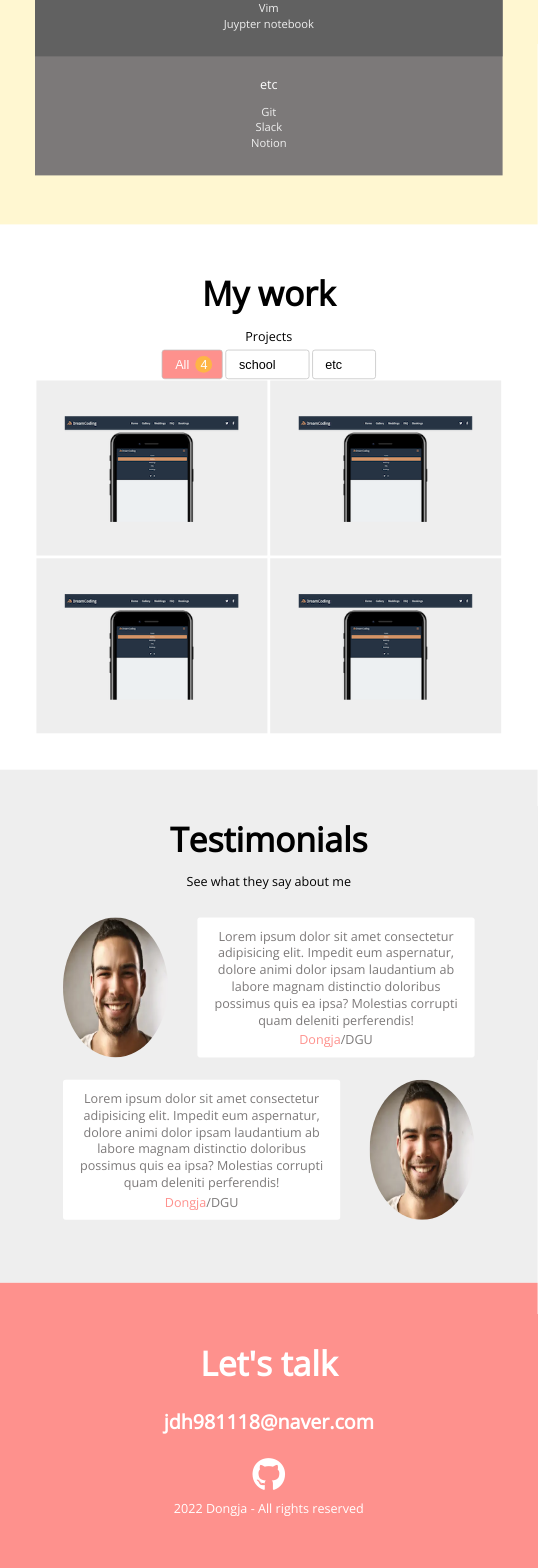
Repository: DongjaJ/portfolio
Page: index.html
The author's editor kept a copy of each file at every save. The page is drawn from the files as they stood at one save, then again after the next save.
The browser window is 768 px wide. The pictures show the part of the page from y = 2842 to 5082 px (the page is 5082 px tall before and 5034 px after), at 70% of full size.
Some web libraries are served in a nearby version.

Above is the page before, as saved 2022-06-15 22:04:22.

After the next save:
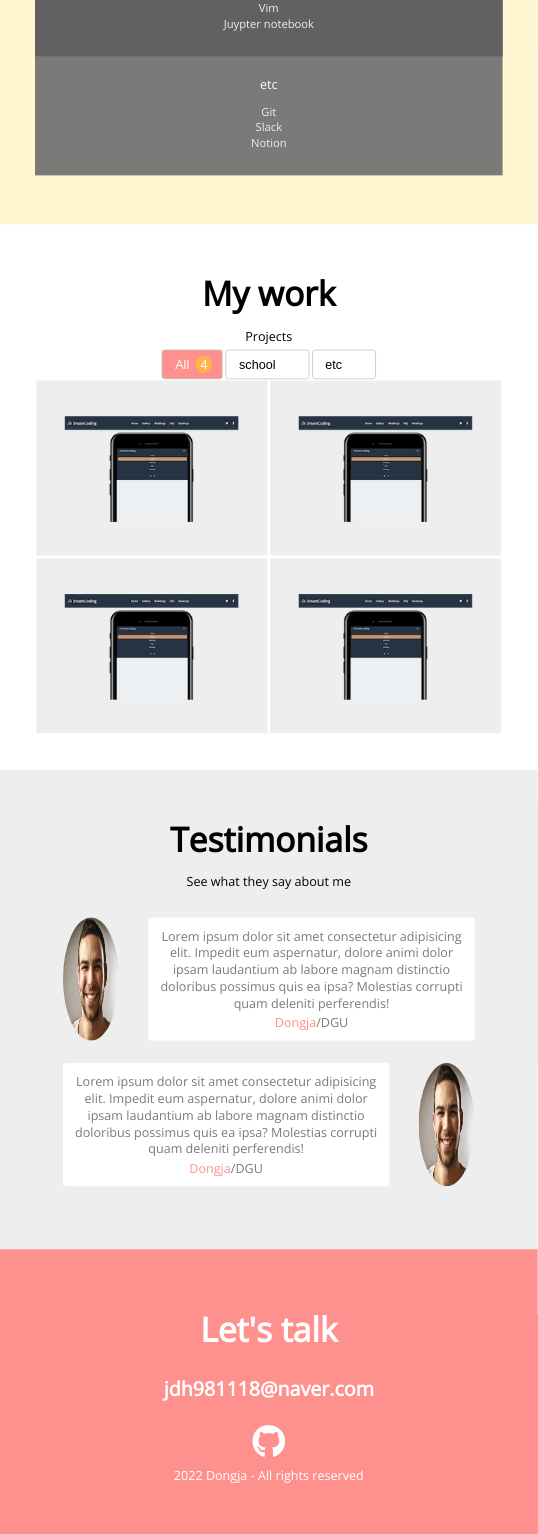
Saved 2 min 29 s later.
--- a/style.css
+++ b/style.css
@@ -476,4 +476,8 @@
 	.project{
 		flex-grow: 1;
 	}
-}
+
+	.testimonial__avatar{
+		width: 80px;
+	}
+}
